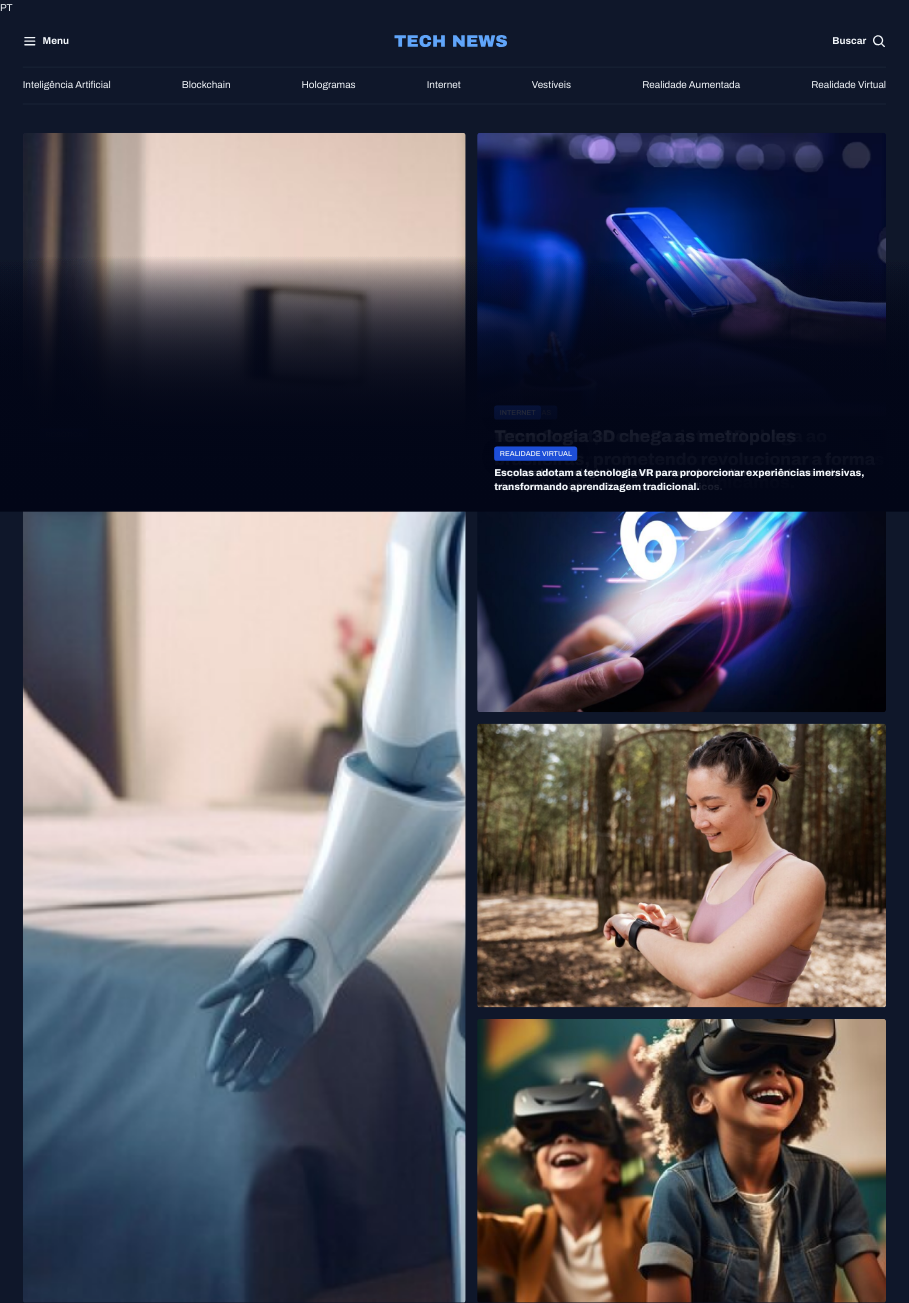
Repository: JeffRodFer/portalDeNoticias
Page: index.html
An editor plug-in stored every save of this project. The page is shown before and after a run of saves, followed by the edit.
The browser window is 1280 px wide. The pictures show the whole page, at 71% of full size.

Above is the page before, as saved 2025-04-15 22:11:48.

After the next 5 saves:
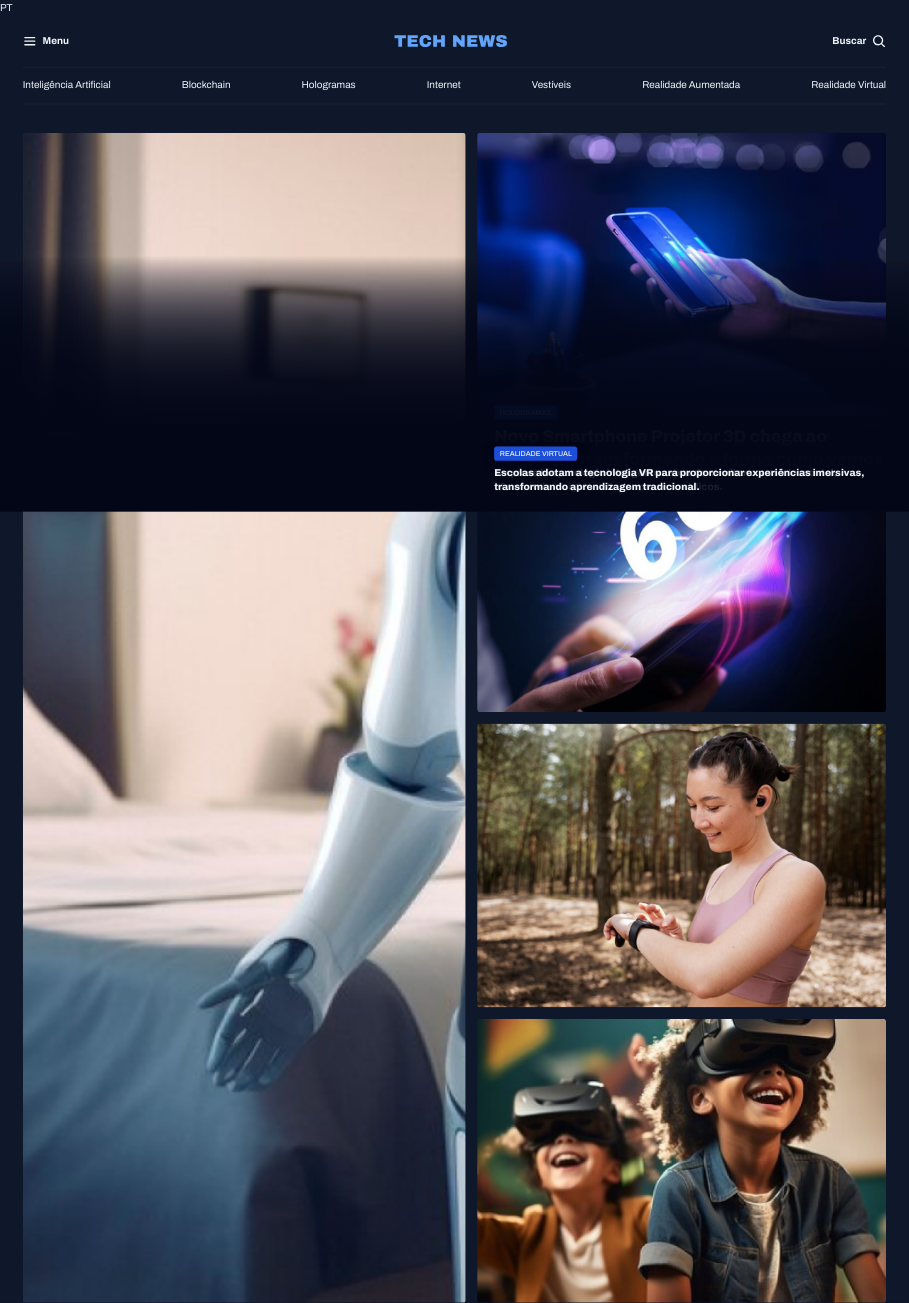
The 5 saves are shown as one change because they came seconds apart.
The last was saved 14 s later.
--- a/index.html
+++ b/index.html
@@ -64,7 +64,7 @@ PT<!DOCTYPE html>
 
           <figcaption>
             <span class="content-tag">Internet</span>
-            <h2 class="text-2xl">
+            <h2 class="text-lg">
             Tecnologia 3D chega as metropoles brasileiras, prometendo revolucionar a forma como vivemos e nos comunicamos.
             </h2>
           </figcaption>
